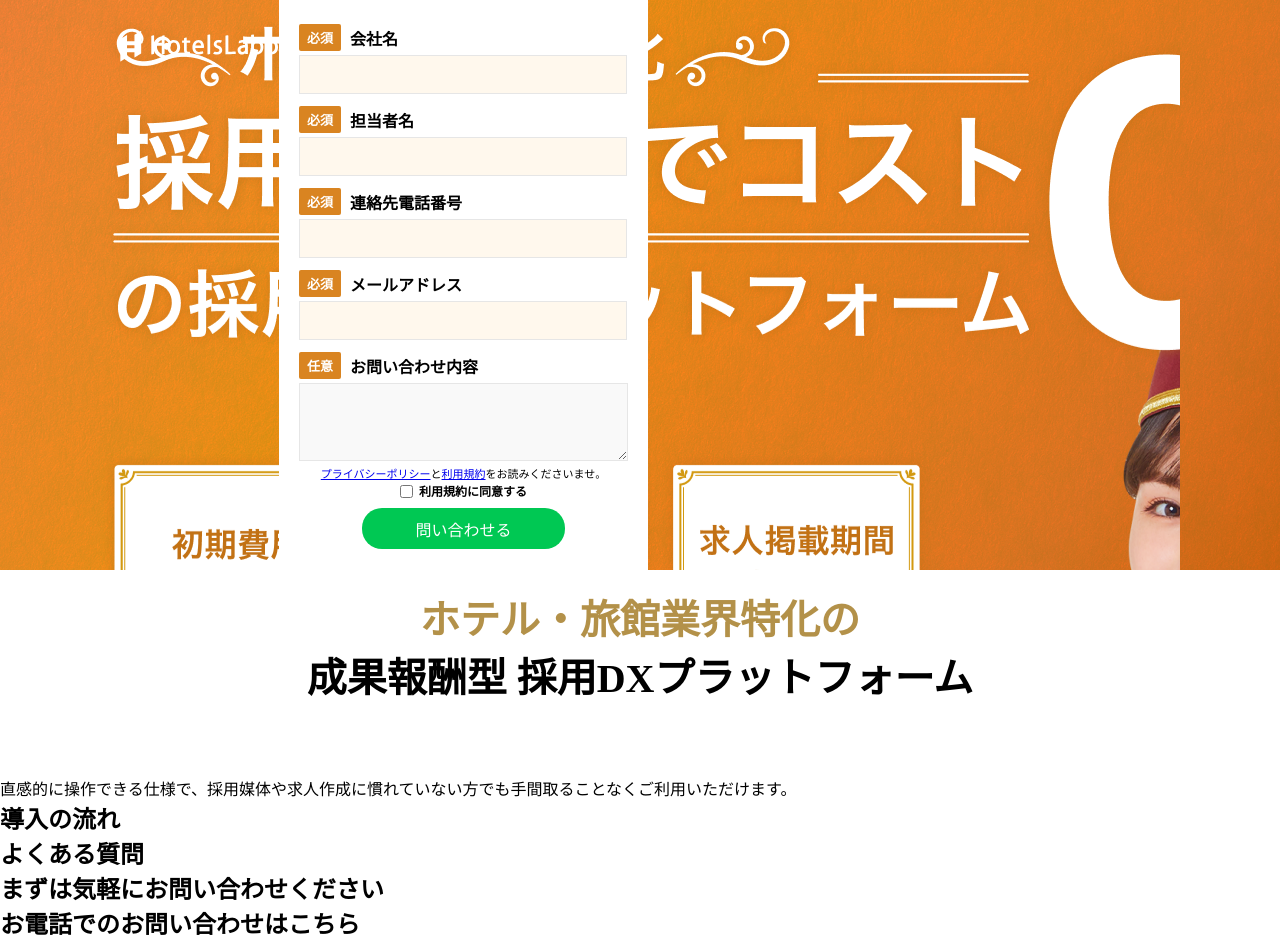
Repository: FujieRyou/to_b_lp
Page: index.html
The author's editor kept a copy of each file at every save. The page is drawn from the files as they stood at one save, then again after the next save.
The browser window is 1280 px wide. The pictures show the whole page.

Above is the page before, as saved 2024-02-27 03:19:11.
Not found: index.js

### index.html
<!DOCTYPE html>
<html lang="ja">
    <head>
        <meta charset="utf-8">
        <meta http-equiv="X-UA-Compatible" content="ie=edge">
        <meta name="viewport" content="width=device-width,initial-scale=1.0,minimum-scale=1.0">
        <meta name="format-detection" content="telephone=no">
        <meta name="keywords" content="">
        <meta name="description" content="ここに説明文を設定">
        <meta name="twitter:card" content="summary">
        <meta name="twitter:site" content="@twitteraccount">
        <meta property="og:site_name" content="サイト名">
        <meta property="og:title" content="サイトタイトル">
        <meta property="og:description" content="サイト説明文">
        <meta property="og:url" content="https://www.hogehoge.com">
        <meta property="og:image" content="https://www.hogehoge.com./hoge.jpg">
        <meta property="og:image:type" content="image/jpeg">
        <meta property="og:image:width" content="600">
        <meta property="og:image:height" content="400">
        <meta property="og:type" content="website">
        <title>ホテルズラボ｜ホテルの求人・旅館の転職情報</title>
        <link rel="stylesheet" href="ress.css">
        <link rel="stylesheet" href="style.css">
    </head>
    <body>
        <main>
            <section>
                <div class="firstViewWrap">
                    <div class="firstViewEffect">
                        <div class="contentWrap">
                            <header>
                                <h1>
                                    <img src="img/ロゴ.svg" alt="ホテルズラボのロゴ" class="logo">
                                </h1>
                            </header>
                            <!-- <img src="img/firstViewの葵さんとその他売り文句.png" alt="firstViewの葵さんとその他売り文句" class="firstViewMainImg"> -->
                            <!-- form -->
                            <div>
                                <form action="" class="formWrap">
                                    <div class="formFlexStyle">
                                        <label for="companyName"><span>必須</span>会社名</label>
                                        <input type="text">
                                    </div>
                                    <div class="formFlexStyle">
                                        <label for="companyName"><span>必須</span>担当者名</label>
                                        <input type="text">
                                    </div>
                                    <div class="formFlexStyle">
                                        <label for="companyName"><span>必須</span>連絡先電話番号</label>
                                        <input type="text">
                                    </div>
                                    <div class="formFlexStyle">
                                        <label for="companyName"><span>必須</span>メールアドレス</label>
                                        <input type="text">
                                    </div>
                                    <div class="formFlexStyle">
                                        <label for="companyName"><span>任意</span>お問い合わせ内容</label>
                                        <textarea name="" id="" cols="30" rows="10"></textarea>
                                    </div>
                                    <p><a href="#">プライバシーポリシー</a>と<a href="#">利用規約</a>をお読みくださいませ。</p>
                                    <div class="consent">
                                        <input type="checkbox">
                                        <label for="">利用規約に同意する</label>
                                    </div>
                                    <button type="submit">問い合わせる</button>
                                </form>
                            </div>
                        </div>
                    </div>
                </div>
            </section>
            <!-- 動く会社のロゴ -->
            <section>
                <div>
                    <ul>
                        <li></li>
                    </ul>
                </div>
            </section>
            <section>
                <div class="specializedIntroductionWrap">
                    <h2><span>ホテル・旅館業界特化の</span><br>成果報酬型 採用DXプラットフォーム</h2>
                    <div>
                        <div>
                            <img src="" alt="">
                            <img src="" alt="">
                            <img src="" alt="">
                        </div>
                    </div>
                </div>
            </section>
            <section>
                <div>
                    <p></p>
                    <h2><img src="" alt=""></h2>
                    <article></article>
                    <article></article>
                    <article></article>
                    <article></article>
                </div>
            </section>
            <section>
                <div>
                    <h2><img src="" alt=""></h2>
                    <p>直感的に操作できる仕様で、採用媒体や求人作成に慣れていない方でも手間取ることなくご利用いただけます。</p>
                </div>
            </section>
            <section>
                <div>
                    <h2>導入の流れ</h2>
                </div>
            </section>
            <section>
                <div>
                    <h2>よくある質問</h2>
                </div>
            </section>
            <section>
                <div>
                    <h2>まずは気軽にお問い合わせください</h2>
                </div>
            </section>
        </main>
        <footer>
            <h2>お電話でのお問い合わせはこちら</h2>
        </footer>
        <script src="index.js"></script>
    </body>
</html>

### ress.css
/*!
 * ress.css • v4.0.0
 * MIT License
 * github.com/filipelinhares/ress
 */

/* # =================================================================
   # Global selectors
   # ================================================================= */

   html {
    box-sizing: border-box;
    -webkit-text-size-adjust: 100%; /* Prevent adjustments of font size after orientation changes in iOS */
    word-break: normal;
    -moz-tab-size: 4;
    tab-size: 4;
  }

  *,
  ::before,
  ::after {
    background-repeat: no-repeat; /* Set `background-repeat: no-repeat` to all elements and pseudo elements */
    box-sizing: inherit;
  }

  ::before,
  ::after {
    text-decoration: inherit; /* Inherit text-decoration and vertical align to ::before and ::after pseudo elements */
    vertical-align: inherit;
  }

  * {
    padding: 0; /* Reset `padding` and `margin` of all elements */
    margin: 0;
  }

  /* # =================================================================
     # General elements
     # ================================================================= */

  hr {
    overflow: visible; /* Show the overflow in Edge and IE */
    height: 0; /* Add the correct box sizing in Firefox */
    color: inherit; /* Correct border color in Firefox. */
  }

  details,
  main {
    display: block; /* Render the `main` element consistently in IE. */
  }

  summary {
    display: list-item; /* Add the correct display in all browsers */
  }

  small {
    font-size: 80%; /* Set font-size to 80% in `small` elements */
  }

  [hidden] {
    display: none; /* Add the correct display in IE */
  }

  abbr[title] {
    border-bottom: none; /* Remove the bottom border in Chrome 57 */
    /* Add the correct text decoration in Chrome, Edge, IE, Opera, and Safari */
    text-decoration: underline;
    text-decoration: underline dotted;
  }

  a {
    background-color: transparent; /* Remove the gray background on active links in IE 10 */
  }

  a:active,
  a:hover {
    outline-width: 0; /* Remove the outline when hovering in all browsers */
  }

  code,
  kbd,
  pre,
  samp {
    font-family: monospace, monospace; /* Specify the font family of code elements */
  }

  pre {
    font-size: 1em; /* Correct the odd `em` font sizing in all browsers */
  }

  b,
  strong {
    font-weight: bolder; /* Add the correct font weight in Chrome, Edge, and Safari */
  }

  /* https://gist.github.com/unruthless/413930 */
  sub,
  sup {
    font-size: 75%;
    line-height: 0;
    position: relative;
    vertical-align: baseline;
  }

  sub {
    bottom: -0.25em;
  }

  sup {
    top: -0.5em;
  }

  table {
    border-color: inherit; /* Correct border color in all Chrome, Edge, and Safari. */
    text-indent: 0; /* Remove text indentation in Chrome, Edge, and Safari */
  }

  /* # =================================================================
     # Forms
     # ================================================================= */

  input {
    border-radius: 0;
  }

  /* Replace pointer cursor in disabled elements */
  [disabled] {
    cursor: default;
  }

  [type='number']::-webkit-inner-spin-button,
  [type='number']::-webkit-outer-spin-button {
    height: auto; /* Correct the cursor style of increment and decrement buttons in Chrome */
  }

  [type='search'] {
    -webkit-appearance: textfield; /* Correct the odd appearance in Chrome and Safari */
    outline-offset: -2px; /* Correct the outline style in Safari */
  }

  [type='search']::-webkit-search-decoration {
    -webkit-appearance: none; /* Remove the inner padding in Chrome and Safari on macOS */
  }

  textarea {
    overflow: auto; /* Internet Explorer 11+ */
    resize: vertical; /* Specify textarea resizability */
  }

  button,
  input,
  optgroup,
  select,
  textarea {
    font: inherit; /* Specify font inheritance of form elements */
  }

  optgroup {
    font-weight: bold; /* Restore the font weight unset by the previous rule */
  }

  button {
    overflow: visible; /* Address `overflow` set to `hidden` in IE 8/9/10/11 */
  }

  button,
  select {
    text-transform: none; /* Firefox 40+, Internet Explorer 11- */
  }

  /* Apply cursor pointer to button elements */
  button,
  [type='button'],
  [type='reset'],
  [type='submit'],
  [role='button'] {
    cursor: pointer;
    color: inherit;
  }

  /* Remove inner padding and border in Firefox 4+ */
  button::-moz-focus-inner,
  [type='button']::-moz-focus-inner,
  [type='reset']::-moz-focus-inner,
  [type='submit']::-moz-focus-inner {
    border-style: none;
    padding: 0;
  }

  /* Replace focus style removed in the border reset above */
  button:-moz-focusring,
  [type='button']::-moz-focus-inner,
  [type='reset']::-moz-focus-inner,
  [type='submit']::-moz-focus-inner {
    outline: 1px dotted ButtonText;
  }

  button,
  html [type='button'], /* Prevent a WebKit bug where (2) destroys native `audio` and `video`controls in Android 4 */
  [type='reset'],
  [type='submit'] {
    -webkit-appearance: button; /* Correct the inability to style clickable types in iOS */
  }

  /* Remove the default button styling in all browsers */
  button,
  input,
  select,
  textarea {
    background-color: transparent;
    border-style: none;
  }

  a:focus,
  button:focus,
  input:focus,
  select:focus,
  textarea:focus {
    outline-width: 0;
  }

  /* Style select like a standard input */
  select {
    -moz-appearance: none; /* Firefox 36+ */
    -webkit-appearance: none; /* Chrome 41+ */
  }

  select::-ms-expand {
    display: none; /* Internet Explorer 11+ */
  }

  select::-ms-value {
    color: currentColor; /* Internet Explorer 11+ */
  }

  legend {
    border: 0; /* Correct `color` not being inherited in IE 8/9/10/11 */
    color: inherit; /* Correct the color inheritance from `fieldset` elements in IE */
    display: table; /* Correct the text wrapping in Edge and IE */
    max-width: 100%; /* Correct the text wrapping in Edge and IE */
    white-space: normal; /* Correct the text wrapping in Edge and IE */
    max-width: 100%; /* Correct the text wrapping in Edge 18- and IE */
  }

  ::-webkit-file-upload-button {
    /* Correct the inability to style clickable types in iOS and Safari */
    -webkit-appearance: button;
    color: inherit;
    font: inherit; /* Change font properties to `inherit` in Chrome and Safari */
  }

  /* # =================================================================
     # Specify media element style
     # ================================================================= */

  img {
    border-style: none; /* Remove border when inside `a` element in IE 8/9/10 */
  }

  /* Add the correct vertical alignment in Chrome, Firefox, and Opera */
  progress {
    vertical-align: baseline;
  }

  /* # =================================================================
     # Accessibility
     # ================================================================= */

  /* Specify the progress cursor of updating elements */
  [aria-busy='true'] {
    cursor: progress;
  }

  /* Specify the pointer cursor of trigger elements */
  [aria-controls] {
    cursor: pointer;
  }

  /* Specify the unstyled cursor of disabled, not-editable, or otherwise inoperable elements */
  [aria-disabled='true'] {
    cursor: default;
  }

### style.css
.firstViewWrap{
    width: 100vw;
    height: 570px;
    background-image: url("./img/bgcMain.png");
}

.firstViewEffect{
    width: 100%;
    height: 100%;
    background-image: url("./img/bgcBler.png");
    overflow: hidden;
}

.contentWrap{
    max-width: 1080px;
    height: auto;
    margin: 0 auto;
    display: flex;
    background-image: url("./img/firstViewの葵さんとその他売り文句.png");
}

header{
    padding: 30px 0px 0px 20px;
}

.firstViewMainImg{
    width: 740px;
    margin-top: 20px;
}






/* formstyle */

form{
    width: 369px;
    padding: 24px 20px;
    background-color: rgba(255, 255, 255, 1);
}

.formFlexStyle{
    display: flex;
    flex-direction: column;
}

.formDetail{
    margin: 0 auto;
}

.formFlexStyle > label{
    font-size: 16px;
    font-weight: bold;
    margin-bottom: 4px;
    display: flex;
    align-items: center;
}

.formFlexStyle > label > span{
    background-color: rgba(217, 132, 33, 1);
    color: #fff;
    font-size: 13px;
    border-radius: 2px;
    margin-right: 9px;
    padding: 4px 8px;
}

.formFlexStyle > input{
    width: 328px;
    height: 39px;
    border: solid 1.03px rgba(230, 230, 230, 1);
    background-color: rgba(255, 248, 237, 1);
    margin-bottom: 12px;
}

.formFlexStyle > textarea{
    width: 328.65px;
    height: 78.05px;
    border: solid 1.03px rgba(230, 230, 230, 1);
    background-color: rgba(249, 249, 249, 1);
}

.formWrap > p{
    font-size: 11px;
    text-align: center;
    margin-top: 4px;
}

.consent{
    display: flex;
    align-items: center;
    justify-content: center;
    margin-top: 1px;
}

.consent > label{
    font-size: 12px;
    font-weight: bold;
    margin-left: 6px;
}

.formWrap > button{
    display: block;
    width: 203.35px;
    height: 41.08px;
    background-color: rgba(0, 200, 83, 1);
    color: #fff;
    border-radius: 20px;
    margin: 0 auto;
    margin-top: 8px;
}



.specializedIntroductionWrap > h2{
    text-align: center;
    font-size: 40px;
}

.specializedIntroductionWrap > h2 > span{
    color: rgba(179, 145, 73, 1);
}

After the next save:
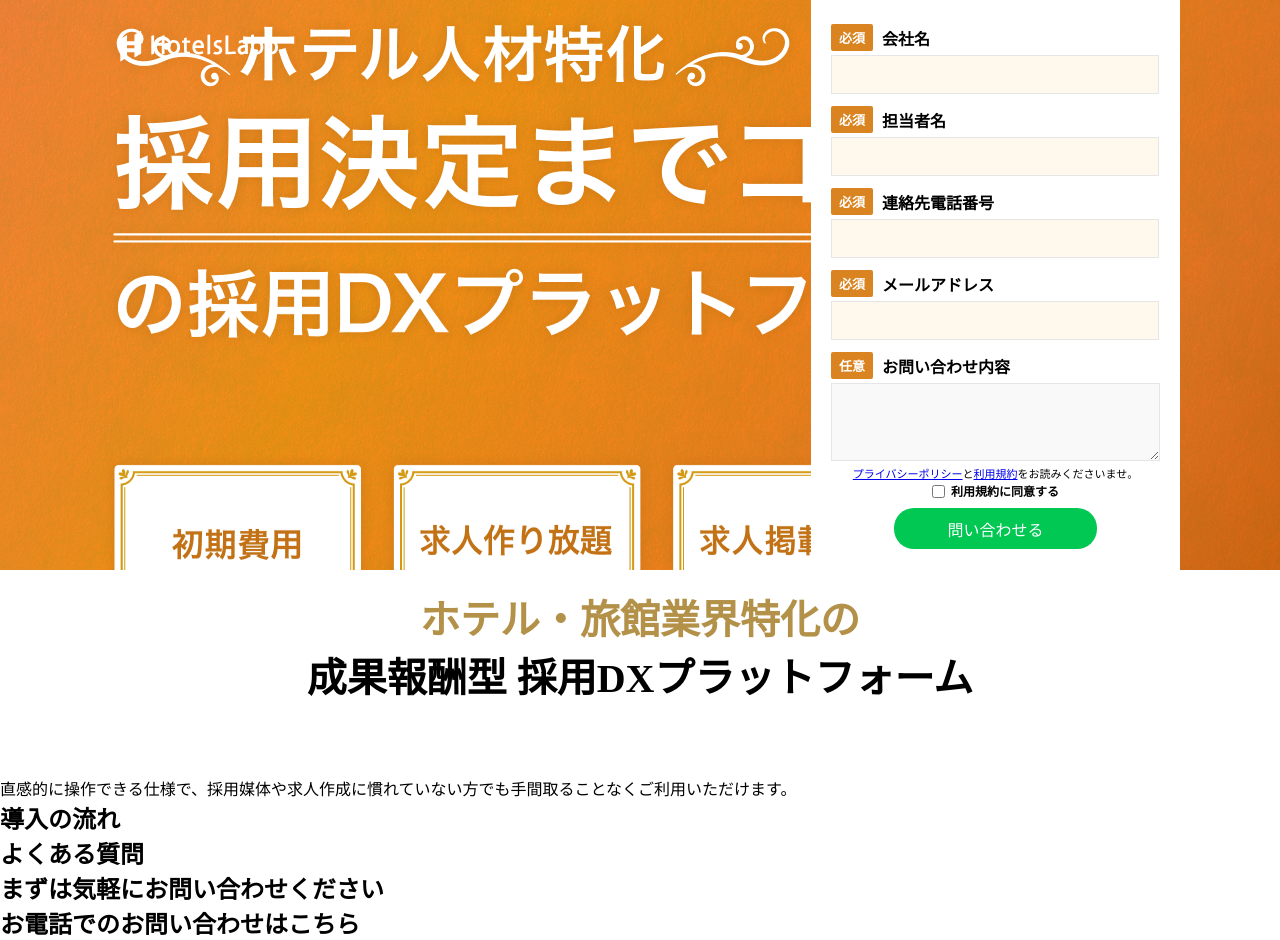
Saved 59 s later.
--- a/index.html
+++ b/index.html
@@ -33,6 +33,7 @@
                                     <img src="img/ロゴ.svg" alt="ホテルズラボのロゴ" class="logo">
                                 </h1>
                             </header>
+                            <div class="firstViewMainImg"></div>
                             <!-- <img src="img/firstViewの葵さんとその他売り文句.png" alt="firstViewの葵さんとその他売り文句" class="firstViewMainImg"> -->
                             <!-- form -->
                             <div>
